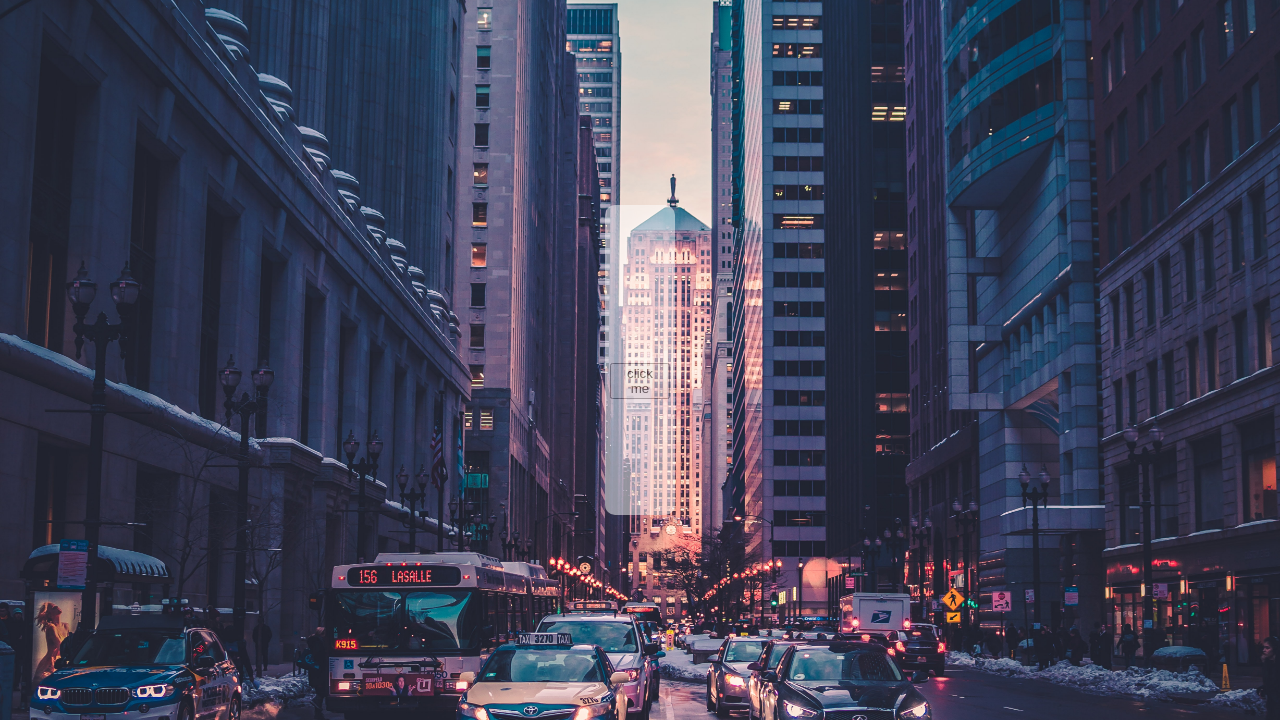
Repository: lamilekan263/random_advice
Page: /
These files come from the project's save history. The page is drawn as it stood at one moment and after the next save; the edit follows.
The browser window is 1280 px wide. The pictures show the whole page.
The page's requests for data from a server got no answer. The project was rebuilt for these pictures with package versions that can differ from the ones it lists, and the page was loaded fresh each time. No one was signed in, and anything a server would have sent is missing.

Above is the page before, as saved 2020-08-10 14:36:05.

After the next save:
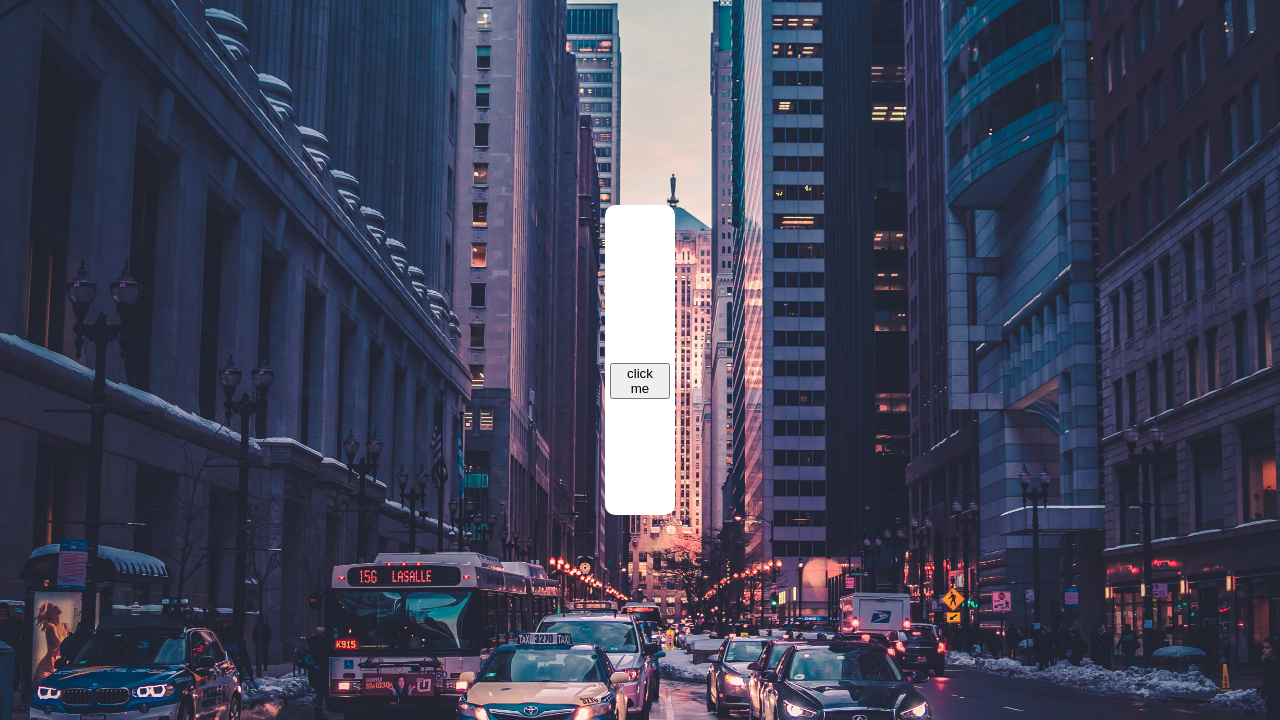
Saved 4 s later.
--- a/src/App.css
+++ b/src/App.css
@@ -25,5 +25,5 @@ body{
   justify-content: center;
   text-align:center;
   align-items: center;
-  opacity: 0.5;
+
 }
